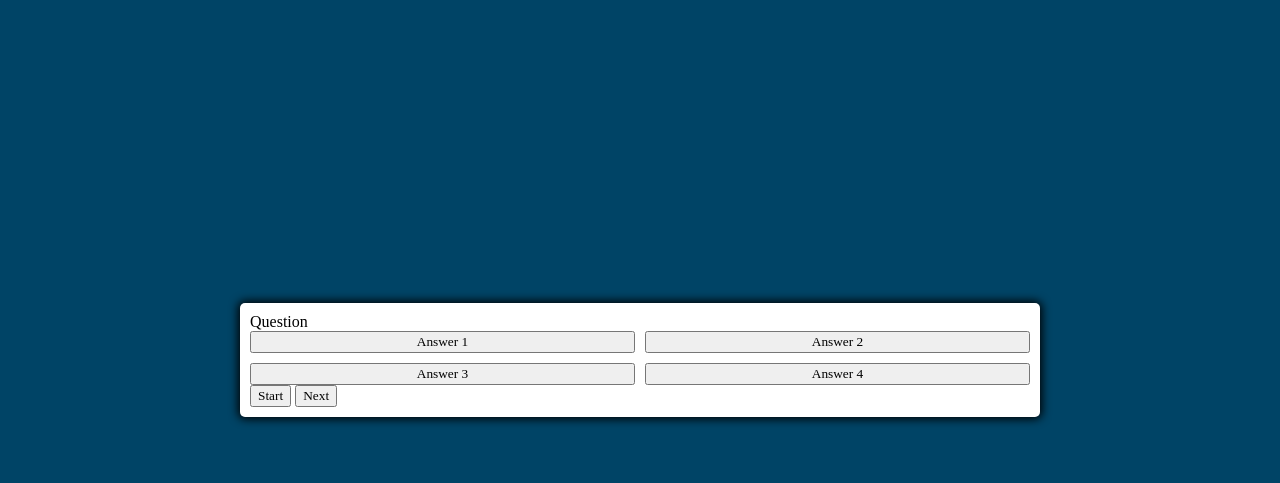
Repository: DaNiels89/quiz-js
Page: index.html
An editor plug-in stored every save of this project. The page is shown before and after the next save, followed by the edit.
The browser window is 1280 px wide. The pictures show the whole page.

Above is the page before, as saved 2020-06-22 09:48:07.

After the next save:
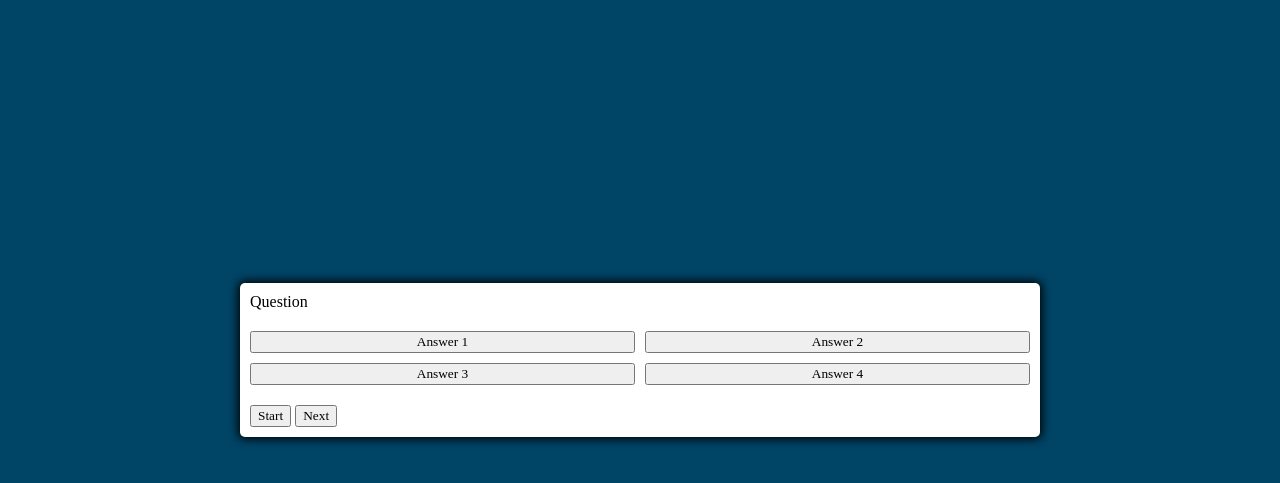
Saved 18 s later.
--- a/css/styles.css
+++ b/css/styles.css
@@ -41,5 +41,6 @@ body.wrong {
 .btn-grid {
     display: grid;
     grid-template-columns: repeat(2, auto);
-    gap: 10px
+    gap: 10px;
+    margin: 20px 0;
 }
